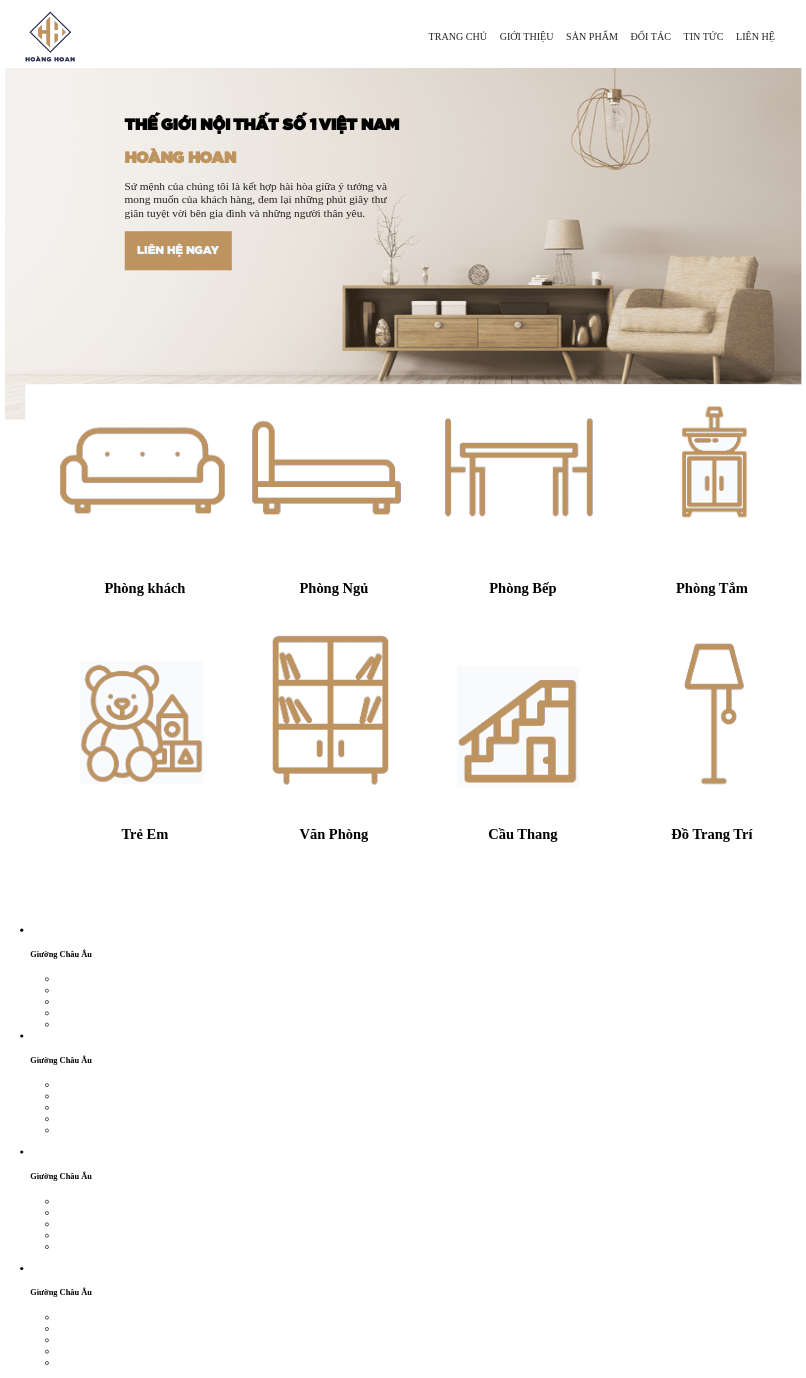
Repository: LDDUNG2003/front_end
Page: index.html
The author's editor kept a copy of each file at every save. The page is drawn from the files as they stood at one save, then again after the next save.
The browser window is 1280 px wide. The pictures show the whole page, at 63% of full size.

Above is the page before, as saved 2023-08-28 22:45:27.

After the next save:
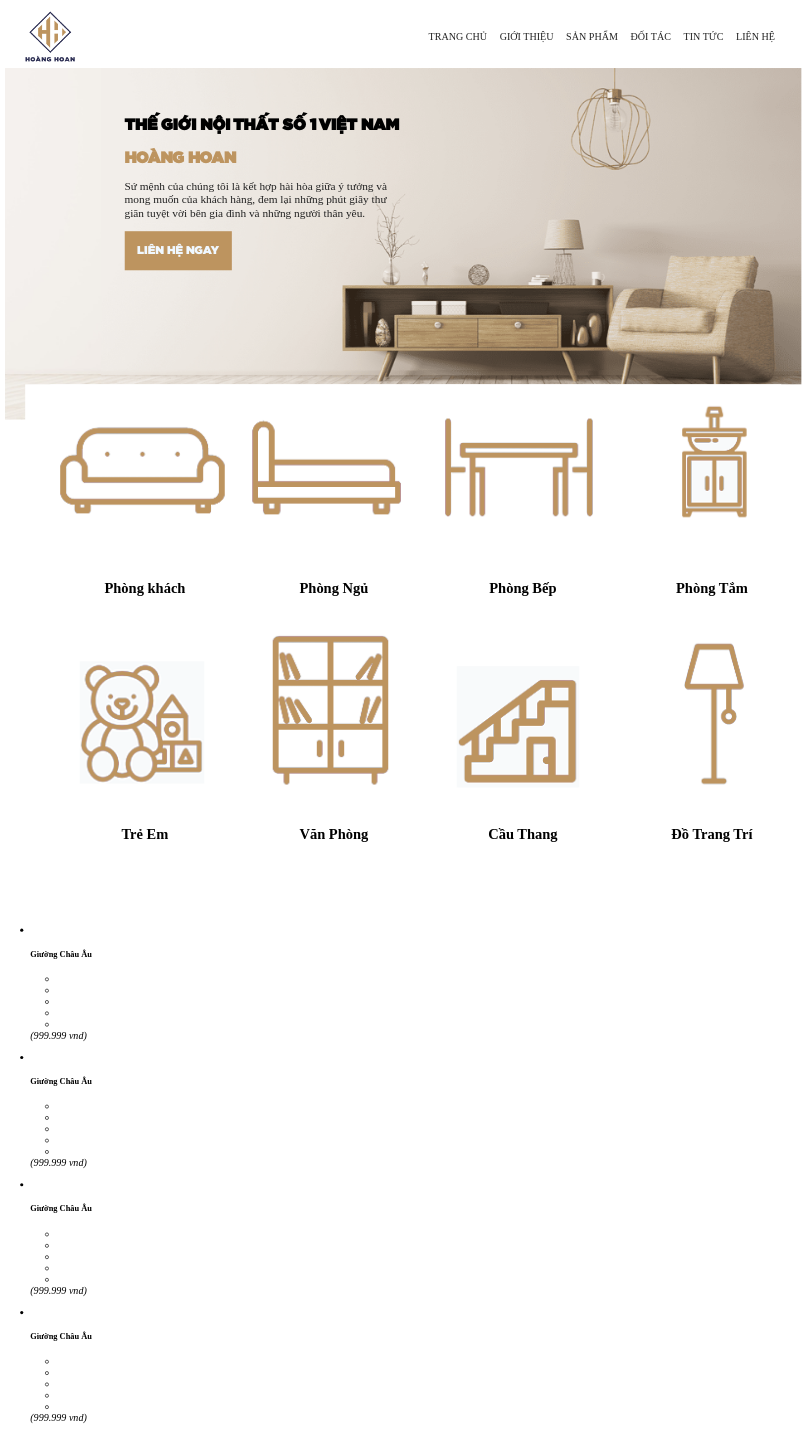
Saved 56 s later.
--- a/index.html
+++ b/index.html
@@ -95,20 +95,7 @@
                                 <li></li>
                                 <li></li>
                             </ul>
-                        </div>
-                    </li>
-                    <li class="featured">
-                        <img src="" alt="" class="featured--img">
-                        <div class="featured--content">
-                            <h5 class="featured-name">Giường Châu Âu</h5>
-                            <ul class="evaluate--list">
-                                <li></li>
-                                <li></li>
-                                <li></li>
-                                <li></li>
-                                <li></li>
-                            </ul>
-                            <i class="note-product"></i>
+                            <i class="note-product">(999.999 vnd)</i>
                             <p class="price-product"></p>
                         </div>
                     </li>
@@ -123,7 +110,7 @@
                                 <li></li>
                                 <li></li>
                             </ul>
-                            <i class="note-product"></i>
+                            <i class="note-product">(999.999 vnd)</i>
                             <p class="price-product"></p>
                         </div>
                     </li>
@@ -138,7 +125,22 @@
                                 <li></li>
                                 <li></li>
                             </ul>
-                            <i class="note-product"></i>
+                            <i class="note-product">(999.999 vnd)</i>
+                            <p class="price-product"></p>
+                        </div>
+                    </li>
+                    <li class="featured">
+                        <img src="" alt="" class="featured--img">
+                        <div class="featured--content">
+                            <h5 class="featured-name">Giường Châu Âu</h5>
+                            <ul class="evaluate--list">
+                                <li></li>
+                                <li></li>
+                                <li></li>
+                                <li></li>
+                                <li></li>
+                            </ul>
+                            <i class="note-product">(999.999 vnd)</i>
                             <p class="price-product"></p>
                         </div>
                     </li>
